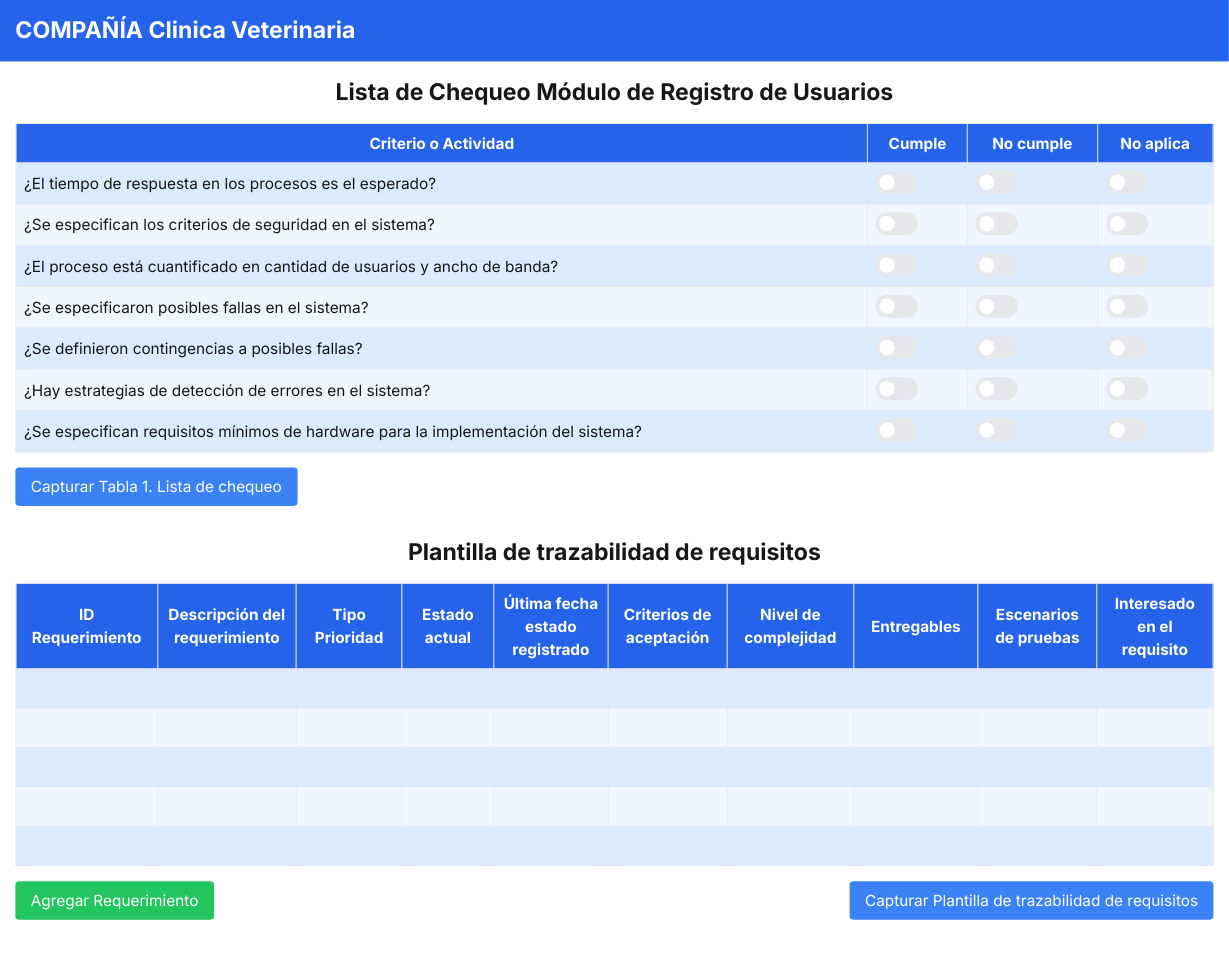
Repository: CiroAlfa/lista-de-Chequeo
Page: /
These files come from the project's save history. The page is drawn as it stood at one moment and after the next save; the edit follows.
The browser window is 1280 px wide. The pictures show the whole page, at 96% of full size.
The project was rebuilt for these pictures with package versions that can differ from the ones it lists, and the page was loaded fresh each time. The framework's server and built-in components were replaced by stand-ins that run in the browser. Also part of the build but not shown: next.config.mjs.

Above is the page before, as saved 2024-09-27 13:05:32.

### src/app/layout.tsx
import './globals.css'
import type { Metadata } from 'next'
import { Inter } from 'next/font/google'

const inter = Inter({ subsets: ['latin'] })

export const metadata: Metadata = {
  title: 'Checklist App - Clinica Veterinaria',
  description: 'Aplicación de chequeo y trazabilidad de requisitos',
}

export default function RootLayout({
  children,
}: {
  children: React.ReactNode
}) {
  return (
    <html lang="es">
      <body className={inter.className}>
        <header className="bg-blue-600 text-white p-4">
          <h1 className="text-2xl font-bold">COMPAÑÍA Clinica Veterinaria</h1>
        </header>
        {children}
      </body>
    </html>
  )
}

### src/app/page.tsx
'use client'

import { useState } from 'react'
import { Switch } from '@headlessui/react'
import html2canvas from 'html2canvas'

interface ChecklistItem {
  id: number
  criteria: string
  cumple: boolean
  noCumple: boolean
  noAplica: boolean
}

interface RequirementItem {
  id: string
  description: string
  priority: string
  status: string
  lastUpdated: string
  acceptanceCriteria: string
  complexity: string
  deliverables: string
  testScenarios: string
  stakeholder: string
}

const initialChecklist: ChecklistItem[] = [
  { id: 1, criteria: '¿El tiempo de respuesta en los procesos es el esperado?', cumple: false, noCumple: false, noAplica: false },
  { id: 2, criteria: '¿Se especifican los criterios de seguridad en el sistema?', cumple: false, noCumple: false, noAplica: false },
  { id: 3, criteria: '¿El proceso está cuantificado en cantidad de usuarios y ancho de banda?', cumple: false, noCumple: false, noAplica: false },
  { id: 4, criteria: '¿Se especificaron posibles fallas en el sistema?', cumple: false, noCumple: false, noAplica: false },
  { id: 5, criteria: '¿Se definieron contingencias a posibles fallas?', cumple: false, noCumple: false, noAplica: false },
  { id: 6, criteria: '¿Hay estrategias de detección de errores en el sistema?', cumple: false, noCumple: false, noAplica: false },
  { id: 7, criteria: '¿Se especifican requisitos mínimos de hardware para la implementación del sistema?', cumple: false, noCumple: false, noAplica: false },
]

const initialRequirements: RequirementItem[] = Array(5).fill(null).map((_, index) => ({
  id: ``,
  description: '',
  priority: '',
  status: '',
  lastUpdated: '',
  acceptanceCriteria: '',
  complexity: '',
  deliverables: '',
  testScenarios: '',
  stakeholder: '',
}))

export default function Home() {
  const [checklist, setChecklist] = useState<ChecklistItem[]>(initialChecklist)
  const [requirements, setRequirements] = useState<RequirementItem[]>(initialRequirements)

  const handleChecklistChange = (id: number, field: 'cumple' | 'noCumple' | 'noAplica') => {
    setChecklist(checklist.map(item => {
      if (item.id === id) {
        const newItem = { ...item, [field]: !item[field] }
        if (newItem[field]) {
          newItem.cumple = field === 'cumple'
          newItem.noCumple = field === 'noCumple'
          newItem.noAplica = field === 'noAplica'
        }
        return newItem
      }
      return item
    }))
  }

  const handleRequirementChange = (id: string, field: keyof RequirementItem, value: string) => {
    setRequirements(requirements.map(item =>
      item.id === id ? { ...item, [field]: value } : item
    ))
  }

  const addRequirement = () => {
    const newId = `REQ00${requirements.length + 1}`
    setRequirements([...requirements, {
      id: newId,
      description: '',
      priority: '',
      status: '',
      lastUpdated: '',
      acceptanceCriteria: '',
      complexity: '',
      deliverables: '',
      testScenarios: '',
      stakeholder: '',
    }])
  }

  const captureScreenshot = async (elementId: string, fileName: string) => {
    const element = document.getElementById(elementId)
    if (element) {
      const canvas = await html2canvas(element)
      const image = canvas.toDataURL('image/png')
      const link = document.createElement('a')
      link.href = image
      link.download = fileName
      link.click()
    }
  }

  return (
    <main className="container mx-auto p-4">
      <div className="mb-8" id="checklist-table">
        <h2 className="text-2xl font-bold mb-4 text-center">Lista de Chequeo Módulo de Registro de Usuarios</h2>
        <table className="w-full border-collapse">
          <thead>
            <tr className="bg-blue-600 text-white">
              <th className="border p-2">Criterio o Actividad</th>
              <th className="border p-2">Cumple</th>
              <th className="border p-2">No cumple</th>
              <th className="border p-2">No aplica</th>
            </tr>
          </thead>
          <tbody>
            {checklist.map((item, index) => (
              <tr key={item.id} className={index % 2 === 0 ? 'bg-blue-100' : 'bg-blue-50'}>
                <td className="border p-2">{item.criteria}</td>
                <td className="border p-2">
                  <Switch
                    checked={item.cumple}
                    onChange={() => handleChecklistChange(item.id, 'cumple')}
                    className={`${item.cumple ? 'bg-blue-600' : 'bg-gray-200'} relative inline-flex h-6 w-11 items-center rounded-full`}
                  >
                    <span className={`${item.cumple ? 'translate-x-6' : 'translate-x-1'} inline-block h-4 w-4 transform rounded-full bg-white transition`} />
                  </Switch>
                </td>
                <td className="border p-2">
                  <Switch
                    checked={item.noCumple}
                    onChange={() => handleChecklistChange(item.id, 'noCumple')}
                    className={`${item.noCumple ? 'bg-blue-600' : 'bg-gray-200'} relative inline-flex h-6 w-11 items-center rounded-full`}
                  >
                    <span className={`${item.noCumple ? 'translate-x-6' : 'translate-x-1'} inline-block h-4 w-4 transform rounded-full bg-white transition`} />
                  </Switch>
                </td>
                <td className="border p-2">
                  <Switch
                    checked={item.noAplica}
                    onChange={() => handleChecklistChange(item.id, 'noAplica')}
                    className={`${item.noAplica ? 'bg-blue-600' : 'bg-gray-200'} relative inline-flex h-6 w-11 items-center rounded-full`}
                  >
                    <span className={`${item.noAplica ? 'translate-x-6' : 'translate-x-1'} inline-block h-4 w-4 transform rounded-full bg-white transition`} />
                  </Switch>
                </td>
              </tr>
            ))}
          </tbody>
        </table>
        <button
          onClick={() => captureScreenshot('checklist-table', 'lista-de-chequeo.png')}
          className="mt-4 bg-blue-500 text-white px-4 py-2 rounded hover:bg-blue-600 transition-colors"
        >
          Capturar Tabla 1. Lista de chequeo
        </button>
      </div>

      <div className="mb-8" id="requirements-table">
        <h2 className="text-2xl font-bold mb-4 text-center">Plantilla de trazabilidad de requisitos</h2>
        <table className="w-full border-collapse">
          <thead>
            <tr className="bg-blue-600 text-white">
              <th className="border p-2">ID Requerimiento</th>
              <th className="border p-2">Descripción del requerimiento</th>
              <th className="border p-2">Tipo Prioridad</th>
              <th className="border p-2">Estado actual</th>
              <th className="border p-2">Última fecha estado registrado</th>
              <th className="border p-2">Criterios de aceptación</th>
              <th className="border p-2">Nivel de complejidad</th>
              <th className="border p-2">Entregables</th>
              <th className="border p-2">Escenarios de pruebas</th>
              <th className="border p-2">Interesado en el requisito</th>
            </tr>
          </thead>
          <tbody>
            {requirements.map((item, index) => (
              <tr key={index} className={index % 2 === 0 ? 'bg-blue-100' : 'bg-blue-50'}>
                <td className="border p-2">
                  <input
                    type="text"
                    value={item.id}
                    onChange={(e) => handleRequirementChange(item.id, 'id', e.target.value)}
                    className="w-full bg-transparent"
                  />
                </td>
                <td className="border p-2">
                  <input
                    type="text"
                    value={item.description}
                    onChange={(e) => handleRequirementChange(item.id, 'description', e.target.value)}
                    className="w-full bg-transparent"
                  />
                </td>
                <td className="border p-2">
                  <input
                    type="text"
                    value={item.priority}
                    onChange={(e) => handleRequirementChange(item.id, 'priority', e.target.value)}
                    className="w-full bg-transparent"
                  />
                </td>
                <td className="border p-2">
                  <input
                    type="text"
                    value={item.status}
                    onChange={(e) => handleRequirementChange(item.id, 'status', e.target.value)}
                    className="w-full bg-transparent"
                  />
                </td>
                <td className="border p-2">
                  <input
                    type="text"
                    value={item.lastUpdated}
                    onChange={(e) => handleRequirementChange(item.id, 'lastUpdated', e.target.value)}
                    className="w-full bg-transparent"
                  />
                </td>
                <td className="border p-2">
                  <input
                    type="text"
                    value={item.acceptanceCriteria}
                    onChange={(e) => handleRequirementChange(item.id, 'acceptanceCriteria', e.target.value)}
                    className="w-full bg-transparent"
                  />
                </td>
                <td className="border p-2">
                  <input
                    type="text"
                    value={item.complexity}
                    onChange={(e) => handleRequirementChange(item.id, 'complexity', e.target.value)}
                    className="w-full bg-transparent"
                  />
                </td>
                <td className="border p-2">
                  <input
                    type="text"
                    value={item.deliverables}
                    onChange={(e) => handleRequirementChange(item.id, 'deliverables', e.target.value)}
                    className="w-full bg-transparent"
                  />
                </td>
                <td className="border p-2">
                  <input
                    type="text"
                    value={item.testScenarios}
                    onChange={(e) => handleRequirementChange(item.id, 'testScenarios', e.target.value)}
                    className="w-full bg-transparent"
                  />
                </td>
                <td className="border p-2">
                  <input
                    type="text"
                    value={item.stakeholder}
                    onChange={(e) => handleRequirementChange(item.id, 'stakeholder', e.target.value)}
                    className="w-full bg-transparent"
                  />
                </td>
              </tr>
            ))}
          </tbody>
        </table>
        <div className="mt-4 flex justify-between">
          <button
            onClick={addRequirement}
            className="bg-green-500 text-white px-4 py-2 rounded hover:bg-green-600 transition-colors"
          >
            Agregar Requerimiento
          </button>
          <button
            onClick={() => captureScreenshot('requirements-table', 'plantilla-trazabilidad-requisitos.png')}
            className="bg-blue-500 text-white px-4 py-2 rounded hover:bg-blue-600 transition-colors"
          >
            Capturar Plantilla de trazabilidad de requisitos
          </button>
        </div>
      </div>
    </main>
  )
}

Loaded but not shown: src/app/globals.css (common file); tailwind.config.ts (common file)

After the next save:
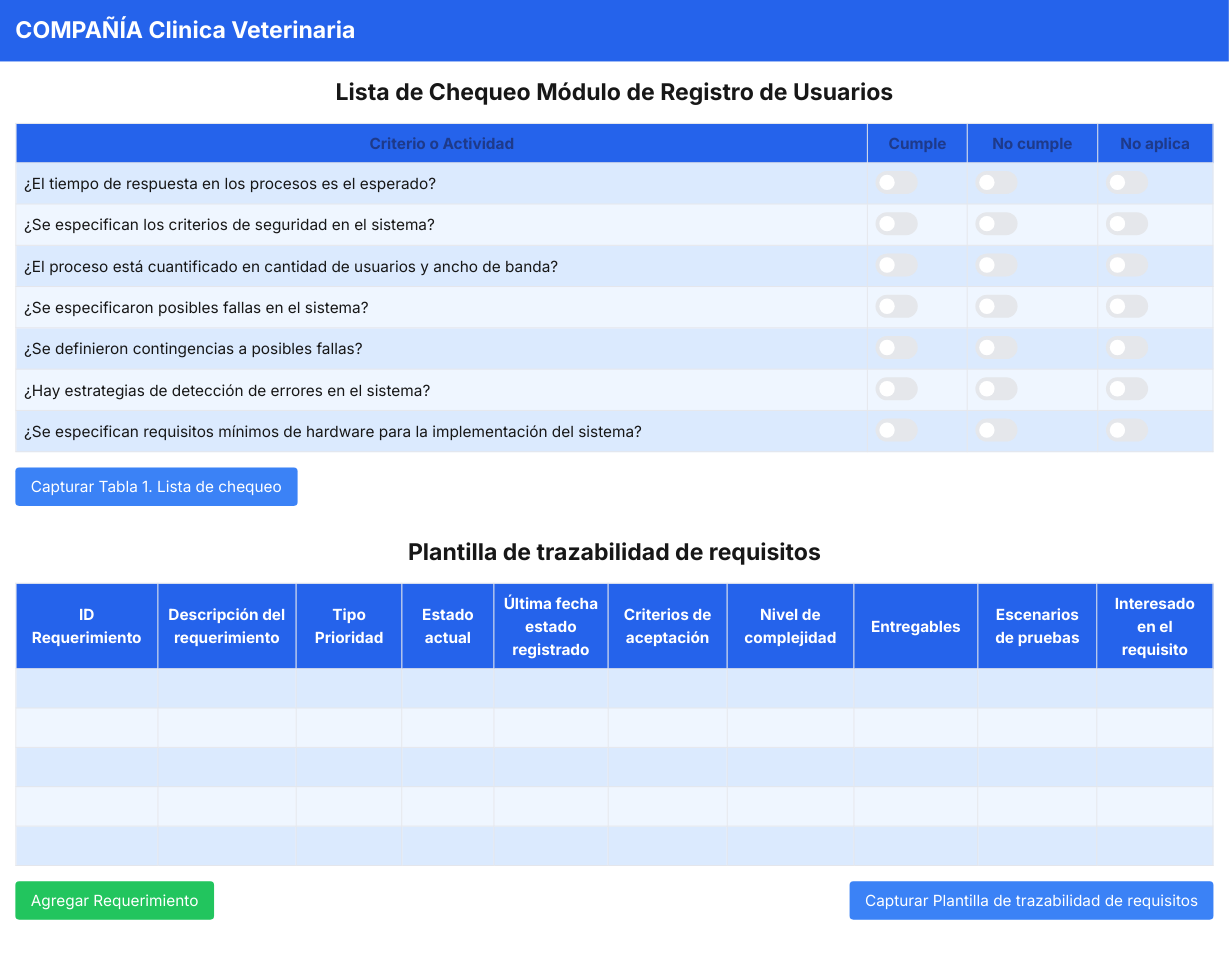
Saved 43 s later.
--- a/src/app/page.tsx
+++ b/src/app/page.tsx
@@ -107,7 +107,7 @@
         <h2 className="text-2xl font-bold mb-4 text-center">Lista de Chequeo Módulo de Registro de Usuarios</h2>
         <table className="w-full border-collapse">
           <thead>
-            <tr className="bg-blue-600 text-white">
+            <tr className="bg-blue-600 text-blue-900">
               <th className="border p-2">Criterio o Actividad</th>
               <th className="border p-2">Cumple</th>
               <th className="border p-2">No cumple</th>

After the save that followed:
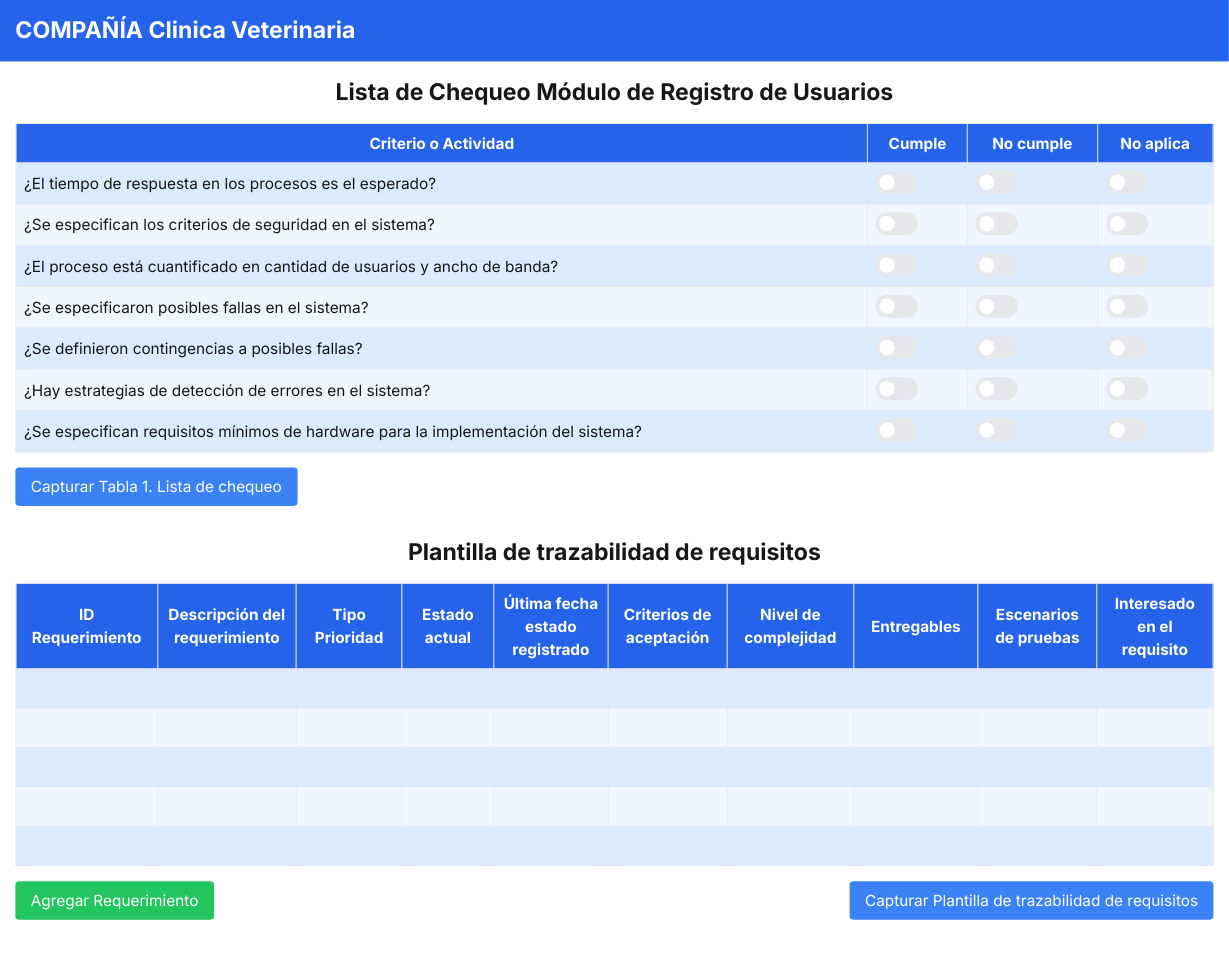
Saved 13 s later.
--- a/src/app/page.tsx
+++ b/src/app/page.tsx
@@ -107,7 +107,7 @@
         <h2 className="text-2xl font-bold mb-4 text-center">Lista de Chequeo Módulo de Registro de Usuarios</h2>
         <table className="w-full border-collapse">
           <thead>
-            <tr className="bg-blue-600 text-blue-900">
+            <tr className="bg-blue-600 text-white">
               <th className="border p-2">Criterio o Actividad</th>
               <th className="border p-2">Cumple</th>
               <th className="border p-2">No cumple</th>
